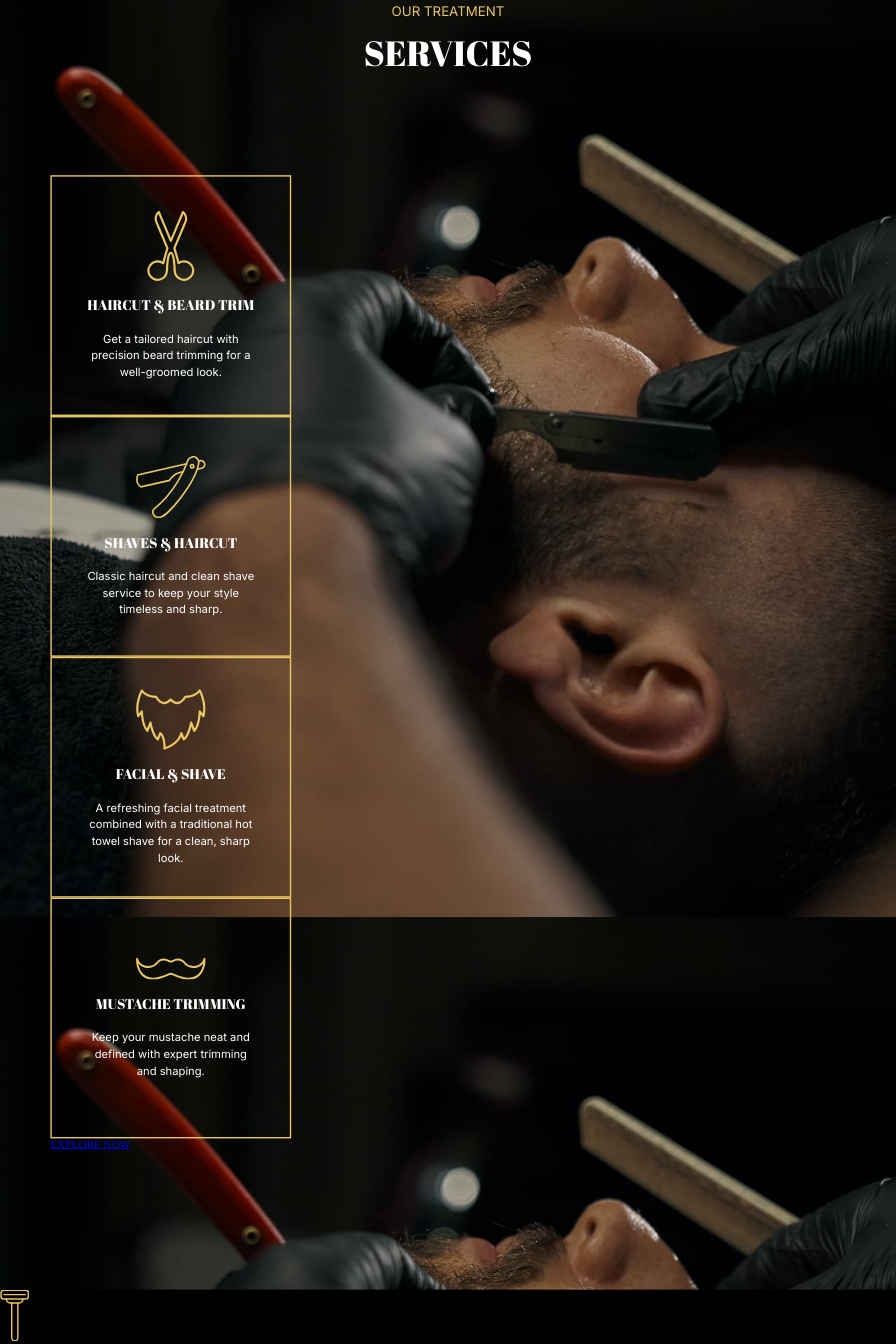
Repository: BogdanLazebnika/barbershop
Page: http://localhost/
An editor plug-in stored every save of this project. The page is shown before and after a run of saves, followed by the edit.
The browser window is 1280 px wide. The pictures show the part of the page from y = 1016 to 2936 px (the page is 3554 px tall before and 2896 px after), at 70% of full size.
The page is run by PHP 8.4 with error messages shown; the project is at /var/www/html/.

Above is the page before, as saved 2025-07-16 23:30:06.

### index.php
<!DOCTYPE html>
<html lang="en">
<head>
    <meta charset="UTF-8">
    <meta name="viewport" content="width=device-width, initial-scale=1.0">
    <title>Homepage Barbershop</title>

    <link rel="stylesheet" href="assets/css/reset.css">
    <link rel="stylesheet" href="assets/css/style.css">
    <link rel="stylesheet" href="assets/css/index.css">


    <link rel="preconnect" href="https://fonts.googleapis.com">
    <link rel="preconnect" href="https://fonts.gstatic.com" crossorigin>
    <link href="https://fonts.googleapis.com/css2?family=Abril+Fatface&display=swap" rel="stylesheet">

</head>
<body>

    <!-- Header -->
    <?php include 'components/header.php'; ?>

    <main>
        <!-- Hero -->
        <section class="hero" role="banner" aria-label="Barbershop hero section">
            <div class="content-hero-wrapper">
                <img src="./assets/images/logo/logo1.svg" alt="Barbershop Logo" class="content-hero-logo">
                <h1 class="content-hero-title">BARBERSHOP</h1>
            </div>
        </section>

        <!-- Services -->
        <section class="services" role="region" aria-label="Barbershop services">
            <h3 class="services-subtitle">OUR TREATMENT</h3>
            <h2 class="services-title">SERVICES</h2>

            <div class="services-list-wrapper">
                <ul class="services-list">
                    <li class="service-item">
                        <div class="service-item-content">
                            <img class="service-item-icon" src="./assets/images/icons/services/icon_scissors.svg" alt="Scissors icon">
                            <h3 class="service-item-title">HAIRCUT & BEARD TRIM</h3>
                            <p class="service-item-description">
                                Get a tailored haircut with precision beard trimming for a well-groomed look.
                            </p>
                        </div>
                    </li>

                    <li class="service-item">
                        <div class="service-item-content">
                            <img class="service-item-icon" src="./assets/images/icons/services/icon_razor.svg" alt="Razor icon">
                            <h3 class="service-item-title">SHAVES & HAIRCUT</h3>
                            <p class="service-item-description">
                                Classic haircut and clean shave service to keep your style timeless and sharp.
                            </p>
                        </div>
                    </li>

                    <li class="service-item">
                        <div class="service-item-content">
                            <img class="service-item-icon" src="./assets/images/icons/services/icon_beard.svg" alt="Beard icon">
                            <h3 class="service-item-title">FACIAL & SHAVE</h3>
                            <p class="service-item-description">
                                A refreshing facial treatment combined with a traditional hot towel shave for a clean, sharp look.
                            </p>
                        </div>
                    </li>

                    <li class="service-item">
                        <div class="service-item-content">
                            <img class="service-item-icon" src="./assets/images/icons/services/icon_mustache.svg" alt="Mustache icon">
                            <h3 class="service-item-title">MUSTACHE TRIMMING</h3>
                            <p class="service-item-description">
                                Keep your mustache neat and defined with expert trimming and shaping.
                            </p>
                        </div>
                    </li>
                </ul>

                <div class="services-list-line-button-wrapper">
                <a href="#" class="explore-now-button-services-list">EXPLORE NOW</a>
                </div>
            </div>
        </section>



        <section class="counter" role="region" aria-label="Barbershop statistics">
            <ul class="counter-list">
                <li class="counter-item">
                    <ul>
                        <li>
                            <img src="./assets/images/icons/counter/icon_razor.svg" alt="happy customers">
                        </li>
                        <li class="counter-item-number"><h4>2500</h4></li>
                        <li class="counter-item-text"><h3>SHAVES</h3></li>
                    </ul>
                </li>
            </ul>
        </section>

    </main>

    <?php include 'components/footer.php'; ?>

</body>
</html>

### components/header.php
<?php
$current = basename($_SERVER['PHP_SELF']);
?>
<header class="header">
    <div class="center-header-container">
        <!-- Link to Header CSS -->
        <link rel="stylesheet" href="assets/css/header.css">
        <link rel="preconnect" href="https://fonts.googleapis.com">
        <link rel="preconnect" href="https://fonts.gstatic.com" crossorigin>
        <link href="https://fonts.googleapis.com/css2?family=Inter:ital,opsz,wght@0,14..32,100..900;1,14..32,100..900&display=swap" rel="stylesheet">

        <script src="assets/js/header.js" defer></script>


        <div class="header-left">
            <button class="burger" id="burger">
                <span></span>
                <span></span>
                <span></span>
            </button>
        </div>

        <nav class="nav">
            <ul class="nav-list">
                <li class="nav-item">
                    <?php if ($current == 'index.php'): ?>
                        <span class="active">Home</span>
                    <?php else: ?>
                        <a href="index.php">Home</a>
                    <?php endif; ?>
                </li>

                <li class="nav-item">
                    <?php if ($current == 'services.php'): ?>
                        <span class="active">Services</span>
                    <?php else: ?>
                        <a href="services.php">Services</a>
                    <?php endif; ?>
                </li>

                <li class="nav-item">
                    <?php if ($current == 'about.php'): ?>
                        <span class="active">About Us</span>
                    <?php else: ?>
                        <a href="about.php">About Us</a>
                    <?php endif; ?>
                </li>

                <li class="nav-item">
                    <?php if ($current == 'blog.php'): ?>
                        <span class="active">Blog</span>
                    <?php else: ?>
                        <a href="blog.php">Blog</a>
                    <?php endif; ?>
                </li>

                <li class="nav-item">
                    <?php if ($current == 'contact.php'): ?>
                        <span class="active">Contact Us</span>
                    <?php else: ?>
                        <a href="contact.php">Contact Us</a>
                    <?php endif; ?>
                </li>
            </ul>
        </nav>
        <a class="button-book-appointment" href="#">BOOK APPOINTMENT</a>
    </div>



</header>

### components/footer.php
<footer>
    <!-- Link to Footer CSS -->
    <link rel="stylesheet" href="assets/css/footer.css">

    <link rel="preconnect" href="https://fonts.googleapis.com">
    <link rel="preconnect" href="https://fonts.gstatic.com" crossorigin>
    <link href="https://fonts.googleapis.com/css2?family=Abril+Fatface&family=Inter:ital,opsz,wght@0,14..32,100..900;1,14..32,100..900&display=swap" rel="stylesheet">

    <link rel="preconnect" href="https://fonts.googleapis.com">
    <link rel="preconnect" href="https://fonts.gstatic.com" crossorigin>
    <link href="https://fonts.googleapis.com/css2?family=Inter:ital,opsz,wght@0,14..32,100..900;1,14..32,100..900&display=swap" rel="stylesheet">


    <h2>CONTACT US</h2>
    <p class="footer-text">Ready for a new look? Call or message us to book your next visit.</p>

    <ul class="footer-contacts">
        <li>
            <ul class="contact-item">
                <li class="contact-icon">
                    <img src="assets/images/icons/footer/icon_location.svg" alt="location">
                </li>
                <li class="contact-label">Address</li>
                <li class="contact-text">
                    304 North Cardinal St. Dorchester Center, MA 02124
                </li>
            </ul>
        </li>

        <li>
            <ul class="contact-item">
                <li class="contact-icon">
                    <img src="assets/images/icons/footer/icon_envelope.svg" alt="email">
                </li>
                <li class="contact-label">Email</li>
                <li class="contact-text"><a href="mailto:barbers@example.com">barbers@example.com</a></li>
            </ul>
        </li>

        <li>
            <ul class="contact-item">
                <li class="contact-icon">
                    <img src="assets/images/icons/footer/icon_phone.svg" alt="phone">
                </li>
                <li class="contact-label">Phone</li>
                <li class="contact-text"><a href="tel:+1234567890">+32 232 77 777</a></li>
            </ul>
        </li>

        <li>
            <ul class="contact-item">
                <li class="contact-icon">
                    <img src="assets/images/icons/footer/icon_clock.svg" alt="opening hours">
                </li>
                <li class="contact-label">Opening Hours</li>
                <li class="contact-text">Mon - Fri: 9:00 AM - 8:00 PM</li>
                <li class="contact-text">Sat: 9:00 AM - 10:00 PM</li>
            </ul>
        </li>
    </ul>

    <!-- додаємо лінію -->
    <hr>

    <p class="copyright">© Copyright Barbershop 2024</p>
</footer>

### assets/css/style.css
body{
    max-width: 1440px;

    margin-left: auto;
    margin-right: auto;
    background-color: black;
}

main{
    /* відступ для фіксованої шапки */
    min-height: calc(100vh - 95px);
}

### assets/css/index.css
/* hero */
.hero{
    background-position-x: center;
    background-image: url('../images/backgrounds/hero.jpg');
}
.background-image-homepage{
    position: relative;
    width: 100%;
    height: 950px;
    overflow: hidden;
}
.background-image-homepage img {
    position: absolute;
    top: 0;
    left: 0;
    width: 100%;
    height: 100%;
    object-fit: cover;
    z-index: -1; /* Ensure the image is behind other content */
}
.content-hero-wrapper{
    position: relative;
    display: flex;
    width: 100%;
}
.content-hero-logo{
    width: calc(100% - 80px);
    max-width: 430px;
    margin: 0 auto;
    padding: 184px 40px;
}
.content-hero-title{
    position: absolute;
    top: 50%;
    left: 50%;
    transform: translate(-50%, -50%);
    font-size: 120px;
    font-family: "abril fatface", sans-serif;
    color: #ffffff;
}
/* css для мобілки */

@media screen and (max-width: 1023px) {
    .content-hero-title {
        font-size: 13dvw;
    }
}







/* Services */

.services{
    background-position-x: center;
    background-image: url('../images/backgrounds/services.jpg');
    padding: 70px 72px 200px;
}
.services-subtitle{
    font-size: 19px;
    color: #E9C664;
    font-weight: 400;
    font-family: "inter", sans-serif;
    text-align: center;
    margin: 0 0 25px;
}
.services-title{
    font-size: 50px;
    color: #ffffff;
    font-weight: 400;
    font-family: "abril fatface", sans-serif;
    text-align: center;
    margin-bottom: 150px;
}
.service-item{
    display: flex;
    width: 340px;
    height: 340px;
    border: #E9C664 2px solid;
}
.service-item-content{
    display: flex;
    flex-direction: column;
    align-items: center;
    text-align: center;
    justify-content: center;
    padding: 50px 50px;
}
.service-item-icon{
    max-width: 100px;
    max-height: 100px;
    width: 100%;
}
.service-item-title{
    font-size: 20px;
    color: #ffffff;
    font-family: "abril fatface", sans-serif;
    margin: 25px 0 25px;
}
.service-item-description{
    font-size: 16px;
    color: #ffffff;
    font-family: "inter", sans-serif;
    line-height: 1.5;
    margin: 0;
}

### assets/css/header.css
header {
  position: fixed;
  top: 0;
  left: 0;
  width: 100%;
  height: 92px;
  color: #ffffff;
  display: flex;
  align-items: center;
  justify-content: center;
  z-index: 1000;

  /* Усі переходи в одному місці */
  transition:
    transform 0.3s ease,
    background-color 0.3s ease,
    box-shadow 0.3s ease;

  transform: translateY(0);
}

header.hidden {
  transform: translateY(-100%);
}

header.scrolled {
  background-color: rgba(0, 0, 0, 0.5);
  box-shadow: 0 4px 10px rgba(0, 0, 0, 0.2);
  backdrop-filter: blur(6px);
}


.center-header-container{
    position: relative;
    display: flex;
    justify-content: space-between;
    width: 100%;
    margin-top: 40px;
    height: 50px;
    max-width: 1440px;
}

/* БУРГЕР */
.header-left{
    display: flex;
    align-items: center;
    gap: 20px;
    margin-left: 72px;
}
.burger {
    width: 30px;
    height: 20px;
    display: flex;
    flex-direction: column;
    justify-content: space-between;
    background: none;
    border: none;
    cursor: pointer;
    padding: 0;
}
.burger span {
    width: 100%;
    height: 4px;
    background: #E9C664;
    border-radius: 4px;
    transition: 0.3s ease;
    transform-origin: center;
}
/* логіка вікривання */
.burger.open span:nth-child(1) {
  transform: rotate(45deg) translateY(11px);
}

.burger.open span:nth-child(2) {
  opacity: 0;
}

.burger.open span:nth-child(3) {
  transform: rotate(-45deg) translateY(-11px);
}





/* Навігація  для ПК*/
@media screen and (min-width: 1024px) {
    nav {
        display: flex;
        align-items: center;

    }
    nav ul {
        display: flex;
        list-style: none;
        padding: 0;
        gap: 50px;
    }

    nav ul li a {
        text-decoration: none;
        color: #979797;
        font-size: 18px;
        font-family: "inter", sans-serif;
        font-weight: 400;
    }
    nav ul li a.active{
        color: #ffffff;
        font-weight: bold;
    }
    nav ul li span {
        text-decoration: none;
        color: #979797;
        font-size: 18px;
        font-family: "inter", sans-serif;
        font-weight: 400;
        cursor: pointer; /* щоб не було посилання */
    }
    nav ul li span.active{
        color: #ffffff;
        font-weight: bold;
    }


    /* робимо риску при наведені на навігацію яка висувається*/

    nav ul li a {
        position: relative;
    }

    nav ul li a::after {
        content: "";
        position: absolute;
        left: 0;
        right: 0;
        bottom: -7px;
        height: 2px;
        background: #E9C664;
        transform: scaleX(0);
        transition: transform 0.3s ease;
    }


    nav ul li a:hover::after{
        transform: scaleX(1);
    }
    nav ul li a.active::after {
        transform: scaleX(0);
        transition: none;
    }
}

.button-book-appointment{
    text-decoration: none;

    display: flex;
    align-items: center;
    justify-content: center;

    font-family: "inter", sans-serif;
    font-size: 14px;
    font-weight: bold;
    color: #ffffff;

    padding: 15px 15px;
    border: #E9C664 solid 2px;

    margin-right: 72px;
}






/* css для мобілки */

@media screen and (min-width: 1023px) {
    .burger{
        display: none;
    }
}


@media screen and (max-width: 1023px) {
    .header{
        height: 72px;
    }
}
@media screen and (max-width: 1023px) {
    .center-header-container{
        margin-top: 20px;
    }
}
@media screen and (max-width: 1023px) {
    .header-left{
        margin-left: 20px;
    }
}



@media screen and (max-width: 1023px) {
    nav{
        position: absolute;
        top: 50px;
        left: -250px;
        transition: left 0.3s ease;

        background-color: #212121;

        width: 250px;
        min-height: 100vh;
        overflow-x: auto;
    }
    nav.open {
        left: 0;
        transition: left 0.3s ease;
    }
    .nav-item a{
        font-family: "inter", sans-serif;
        font-size: 18px;
        font-weight: 400;
        color: #ffffff;
        text-decoration: none;
    }
    .nav-item span{
        font-family: "inter", sans-serif;
        font-size: 18px;
        font-weight: 400;
        color: #ffffff;
        text-decoration: none;
    }

    .nav-item span.active{
        color: #E9C664;
        font-weight: bold;
        padding-bottom: 5px;
        border-bottom: #E9C664 solid 3px;
    }

    .nav-item a:hover{
        padding-bottom: 5px;
        border-bottom: #E9C664 solid 3px;
    }
    .header.open {
        background-color: #212121;
    }

    .nav-list{
        display: flex;
        flex-direction: column;
        gap: 25px;
        padding: 20px 0 0 20px;
    }




}






@media screen and (max-width: 1023px) {
    .button-book-appointment{
        margin-right: 20px;
    }
}

### assets/css/footer.css
footer {
    background-color: #ffffff;
    padding: 60px 72px;
    text-align: center;
}

footer h2 {
    color: #000000;
    font-family: "Abril Fatface", serif;
    font-size: 50px;
    font-weight: 400;

    margin-bottom: 25px;
}
footer .footer-text{
    color: #000000;
    font-family: "inter", sans-serif;
    font-size: 16px;
    font-weight: 400;
    line-height: 1.5;


    margin-bottom: 80px;
}


.footer-contacts{
    display: flex;
    flex-wrap: wrap;
    gap: 75px;
    justify-content: center;

    margin-bottom: 50px;
}
.contact-item{
    display: flex;
    flex-direction: column;
    align-items: center;
    gap: 20px;
    max-width: 250px;
}

.contact-icon{
    width: 26px;
}

.contact-label{
    color: #000000;
    font-family: "abril fatface", serif;
    font-size: 20px;
    font-weight: 400;
    line-height: 1.5;
}
.contact-text{
    font-family: "inter", sans-serif;
    font-size: 17px;
    font-weight: 400;
    line-height: 1.5;
    color: #000000;
}
.contact-text a{
    color: #000000;
    text-decoration: none;
}
hr {
    border: 0;
    border-top: 2px solid #E9C664;
    margin-bottom: 45px;
}

.copyright{
    color: #000000;
    font-family: "inter", sans-serif;
    font-size: 17px;
    font-weight: 400;
    line-height: 1.5;
    text-align: center;
}





/* css для мобілки */
@media screen and (max-width: 1023px) {
    footer {
        padding: 30px 20px;
    }
    footer h2 {
        font-size: 30px;
    }
    .footer-contacts {
        flex-direction: column;
        align-items: center;
    }
    .contact-item {
        max-width: 100%;
    }
}

### assets/js/header.js
// логіка вікривання меню
document.addEventListener('DOMContentLoaded', function () {
  const burger = document.querySelector('.burger');
  const nav = document.querySelector('.nav');
  const header = document.querySelector('header');

  // Відкривання/закривання по кліку на бургер
  burger.addEventListener('click', function (e) {
    e.stopPropagation();
    burger.classList.toggle('open');
    nav.classList.toggle('open');
    header.classList.toggle('open');
  });

  // Закриття при кліку поза шапкою/меню
  document.addEventListener('click', function (e) {
    const isClickInside = header.contains(e.target);

    if (!isClickInside && nav.classList.contains('open')) {
      burger.classList.remove('open');
      nav.classList.remove('open');
      header.classList.remove('open'); // 🔧 додаємо!
    }
  });

  // Закриття при скролі, якщо меню відкрите
  window.addEventListener('scroll', function () {
    const navIsOpen = nav.classList.contains('open');

    if (navIsOpen) {
      burger.classList.remove('open');
      nav.classList.remove('open');
      header.classList.remove('open'); // 🔧 додаємо!
    }
  });
});

// стилізація шапки
let lastScroll = window.scrollY;
let header = document.querySelector('header');
let scrollUpDistance = 0;
let scrollDownDistance = 0;

window.addEventListener('scroll', () => {
  const currentScroll = window.scrollY;

  // Перевірка, чи меню відкрите
  const menuIsOpen = document.querySelector('.nav').classList.contains('open');
  if (menuIsOpen) {
    return; // Якщо меню відкрите — не ховаємо шапку
  }

  // ✅ Додаємо фон, якщо не на самому верху
  if (currentScroll > 0) {
    header.classList.add('scrolled');
  } else {
    header.classList.remove('scrolled');
  }

  // Скрол вниз
  if (currentScroll > lastScroll) {
    scrollUpDistance = 0;
    scrollDownDistance += currentScroll - lastScroll;

    if (scrollDownDistance > 250) {
      header.classList.add('hidden');
    }
  }

  // Скрол вгору
  else if (currentScroll < lastScroll) {
    scrollDownDistance = 0;
    scrollUpDistance += lastScroll - currentScroll;

    if (scrollUpDistance > 200) {
      header.classList.remove('hidden');
    }
  }

  lastScroll = currentScroll;
});

### assets/images/icons/footer/icon_location.svg
<svg width="23" height="28" viewBox="0 0 23 28" fill="none" xmlns="http://www.w3.org/2000/svg">
<path d="M22 11.636C22 19.909 11.5 27 11.5 27C11.5 27 0.99997 19.909 0.99997 11.636C0.982143 8.83325 2.07833 6.1382 4.04741 4.14361C6.0165 2.14901 8.69723 1.01824 11.5 1C14.3027 1.01824 16.9834 2.14901 18.9525 4.14361C20.9216 6.1382 22.0178 8.83325 22 11.636V11.636Z" stroke="#E9C664" stroke-width="2" stroke-linecap="round" stroke-linejoin="round"/>
<path d="M11.64 16.004C13.8492 16.004 15.64 14.2132 15.64 12.004C15.64 9.79489 13.8492 8.00403 11.64 8.00403C9.43088 8.00403 7.64001 9.79489 7.64001 12.004C7.64001 14.2132 9.43088 16.004 11.64 16.004Z" stroke="#E9C664" stroke-width="2" stroke-linecap="round" stroke-linejoin="round"/>
</svg>

### assets/images/icons/footer/icon_envelope.svg
<svg width="29" height="22" viewBox="0 0 29 22" fill="none" xmlns="http://www.w3.org/2000/svg">
<path d="M4.1 1.00034H24.9C25.5757 0.989335 26.2282 1.24602 26.7153 1.71439C27.2024 2.18275 27.4845 2.82477 27.5 3.50034V18.5003C27.4845 19.1759 27.2024 19.8179 26.7153 20.2863C26.2282 20.7547 25.5757 21.0113 24.9 21.0003H4.1C3.42434 21.0113 2.77176 20.7547 2.28466 20.2863C1.79756 19.8179 1.51549 19.1759 1.5 18.5003V3.50034C1.51549 2.82477 1.79756 2.18275 2.28466 1.71439C2.77176 1.24602 3.42434 0.989335 4.1 1.00034V1.00034Z" stroke="#E9C664" stroke-width="2" stroke-linecap="round" stroke-linejoin="round"/>
<path d="M27.5 4.38708L14.5 13.2701L1.5 4.38708" stroke="#E9C664" stroke-width="2" stroke-linecap="round" stroke-linejoin="round"/>
</svg>

### assets/images/icons/footer/icon_clock.svg
<svg width="28" height="27" viewBox="0 0 28 27" fill="none" xmlns="http://www.w3.org/2000/svg">
<path d="M14 26C20.9036 26 26.5 20.4036 26.5 13.5C26.5 6.59644 20.9036 1 14 1C7.09644 1 1.5 6.59644 1.5 13.5C1.5 20.4036 7.09644 26 14 26Z" stroke="#E9C664" stroke-width="2" stroke-linecap="round" stroke-linejoin="round"/>
<path d="M14.625 6.66699V12.667L18.625 14.667" stroke="#E9C664" stroke-width="2" stroke-linecap="round" stroke-linejoin="round"/>
</svg>

Loaded but not shown: assets/css/reset.css (common file); assets/images/logo/logo1.svg (16 lines, source omitted); assets/images/icons/services/icon_razor.svg (6 lines, source omitted); assets/images/icons/services/icon_scissors.svg (6 lines, source omitted); assets/images/icons/footer/icon_phone.svg (3 lines, source omitted); assets/images/icons/counter/icon_razor.svg (6 lines, source omitted); assets/images/icons/services/icon_mustache.svg (3 lines, source omitted); assets/images/icons/services/icon_beard.svg (3 lines, source omitted)

After the next 3 saves:
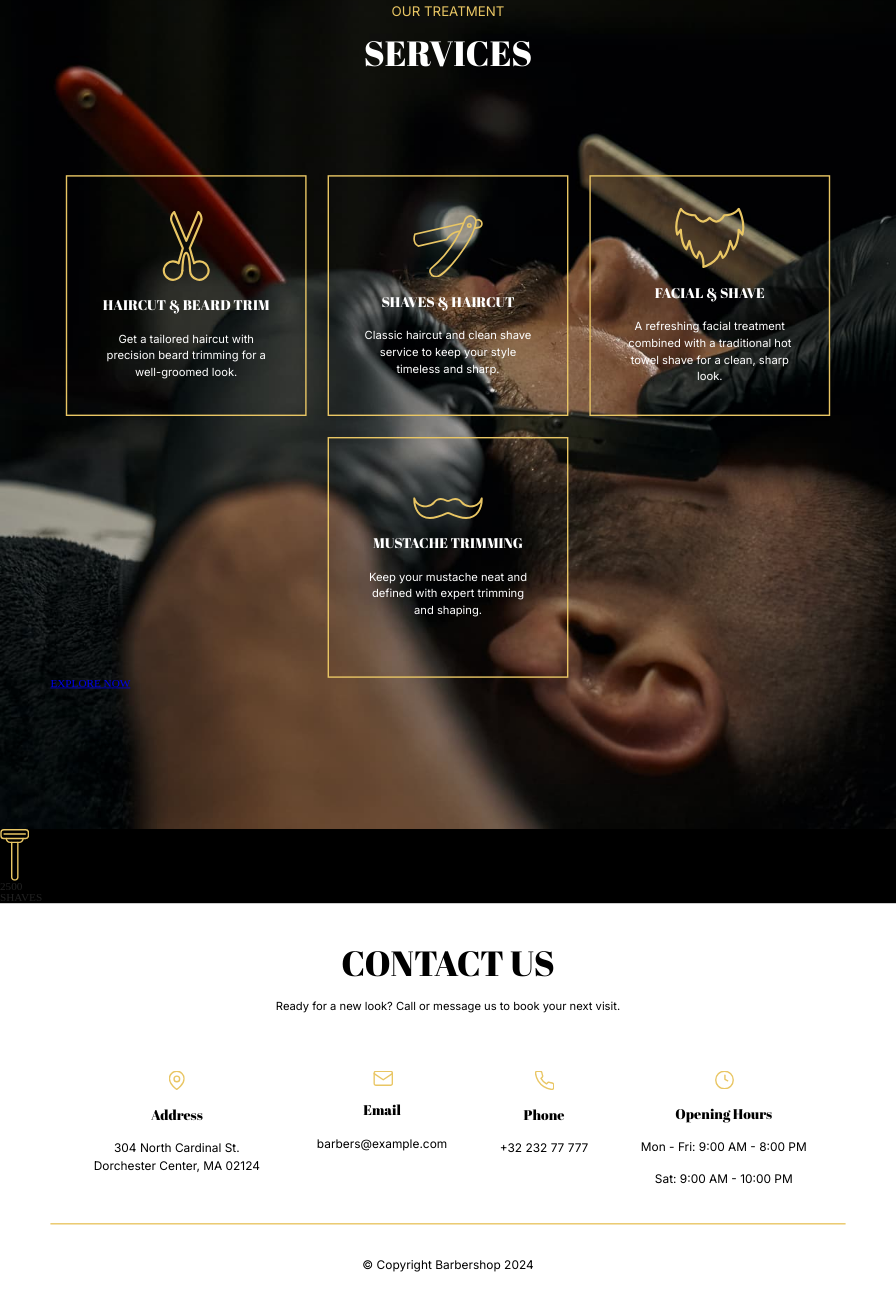
The 3 saves are shown as one change because they came seconds apart.
The last was saved 10 s later.
--- a/assets/css/index.css
+++ b/assets/css/index.css
@@ -75,6 +75,17 @@
     text-align: center;
     margin-bottom: 150px;
 }
+
+
+
+.services-list{
+    display: flex;
+    flex-wrap: wrap;
+    justify-content: center;
+    gap: 30px;
+    max-width: 1200px;
+    margin: 0 auto;
+}
 .service-item{
     display: flex;
     width: 340px;
